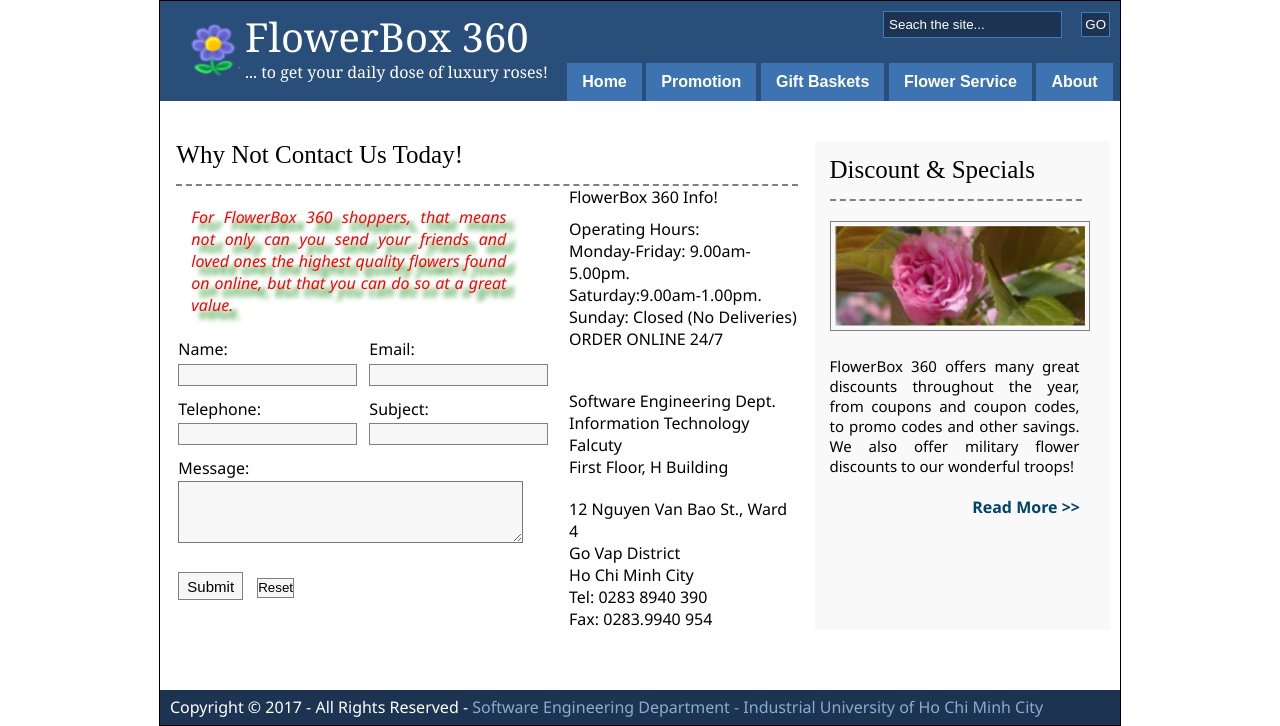
Repository: thu1365/BTKT_WEB
Page: HTML/btkt.html
An editor plug-in stored every save of this project. The page is shown before and after the next save, followed by the edit.
The browser window is 1280 px wide. The pictures show the whole page.

Above is the page before, as saved 2023-03-11 21:06:29.

### HTML/btkt.html
<!DOCTYPE html>
<html lang="en">

<head>
    <meta charset="UTF-8">
    <meta http-equiv="X-UA-Compatible" content="IE=edge">
    <meta name="viewport" content="width=device-width, initial-scale=1.0">
    <title>21025781-Lê Minh Thư</title>
    <style>
        * {
            padding: 0;
            margin: 0 auto;
        }

        .wrapper {
            width: 960px;
            background-color: #fff;
            border: 1px solid black;
        }

        header {
            position: relative;
            width: 960px;
            height: 100px;
            background-color: #294e79;
            font-family: Georgia, 'Times New Roman', Times, serif;
        }

        .logo {
            position: relative;
            left: 20px;
            top: 10px;
            width: 60px;
            height: 80px;
        }

        .name1 {
            font-size: 40px;
            color: #fff;
            position: absolute;
            left: 85px;
            top: 8px;
        }

        .name2 {
            color: #fff;
            position: absolute;
            left: 85px;
            top: 60px;
        }

        #search1 {
            background-color: #1c3451;
            border: 1px solid #4579b7;
            color: #fff;
            margin-right: 15px;
            height: 25px;
        }

        #search1::placeholder {
            padding-left: 5px;
            color: #fff;
        }

        #search2 {
            background-color: #1c3451;
            border: 1px solid #4579b7;
            color: #fff;
            height: 25px;
            padding: 0 3px;
        }

        .search_form {
            position: absolute;
            top: 10px;
            right: 10px;
        }

        .nav {
            display: flex;
            width: 550px;
            position: absolute;
            bottom: 0px;
            right: 5px;
            font-family: Arial, Helvetica, sans-serif;
        }

        .nav_item {
            position: relative;
            padding: 10px 15px;
            background-color: #3d73b1;
        }

        .nav_item:hover {
            background-color: #8babd0;
        }

        .nav_item a {
            color: white;
            font-weight: bold;
            text-decoration: none;
        }

        .nav1 {
            display: none;
            position: absolute;
            top: 39px;
            left: 0px;
            width: 180px;
            height: 60px;
            background-color: #8babd0;
        }

        .nav2 {
            box-sizing: border-box;
            padding-left: 15px;
            line-height: 30px;
            height: 50%;
            border: 1px solid rgb(158, 196, 240);
            color: white;
        }

        .nav_item:hover .nav1 {
            display: block;
            background-color: #9bbbe0;
        }

        .nav2:hover {
            background-color: #edf6ff;
            cursor: pointer;
        }

        .container {
            font-family: 'Segoe UI', Tahoma, Geneva, Verdana, sans-serif;
            padding-bottom: 60px;
            width: 100%;
            display: flex;
        }

        .Left {
            display: flex;
            width: 70%;
            justify-content: space-between;
            flex-wrap: wrap;
        }

        .p1 {
            width: 55%;
        }

        .p2 {
            width: 35%;
        }

        .p3 {
            background-color: #f9f9f9;
            width: 30%;
            padding-left: 15px;
            margin-top: 40px;
            margin-right: 10px;
        }

        .Left1 {
            font-family: 'Times New Roman', Times, serif;
            width: 95%;
            padding: 40px 0px 15px 0px;
            font-size: 25px;
            font-weight: 400;
            border-bottom: 2px dashed gray;
        }

        .p1_1 {
            padding: 20px 30px 20px 15px;
            text-align: justify;
            color: red;
            font-style: italic;
            font-family: 'Segoe UI', Tahoma, Geneva, Verdana, sans-serif;
            text-shadow: 8px 8px 5px green;
            font-weight: 450;
        }

        table input {
            height: 20px;
            margin-right: 10px;
            margin-bottom: 10px;
            background-color: #f7f7f7;
            border: 1px solid gray;
        }

        table textarea {
            background-color: #f7f7f7;
        }

        .p1_sub {
            box-sizing: border-box;
            margin-top: 20px;
            height: 28px;
            font-size: 15px;
            padding: 0 8px;
            line-height: 28px;
            border: 1px solid gray;
        }

        .p2_1 {
            font-family: 'Times New Roman', Times, serif;
            padding: 15px 0px 15px;
            width: 100%;
            font-size: 25px;
            font-weight: 400;
            border-bottom: 2px dashed gray;
        }

        .p2_2 {
            font-family: 'Segoe UI', Tahoma, Geneva, Verdana, sans-serif;
            padding: 10px 0 40px 0;
        }

        .p2_3 {
            font-family: 'Segoe UI', Tahoma, Geneva, Verdana, sans-serif;
        }

        .p2_4 {
            font-family: 'Segoe UI', Tahoma, Geneva, Verdana, sans-serif;
            padding-top: 20px;
        }

        .p3_1 {
            font-family: 'Times New Roman', Times, serif;
            padding: 15px 0px 15px;
            width: 90%;
            margin-right: 30px;
            font-size: 25px;
            font-weight: 400;
            border-bottom: 2px dashed gray;
        }

        .p3_anh {
            width: 250px;
            height: 100px;
            padding: 4px;
            margin: 20px 0;
            border: 1px solid gray;
        }

        .p3_2 {
            width: 250px;
            margin-right: 30px;
            float: left;
            text-align: justify;
            font-family: 'Segoe UI', Tahoma, Geneva, Verdana, sans-serif;
            font-size: 15px;
            display: block;
        }

        .p3_3 {
            color: #00436d;
            font-weight: bold;
            margin-right: 30px;
            float: right;
            padding-top: 20px;
            text-decoration: none;
        }

        footer {
            background-color: #1c3451;
            height: 35px;
        }

        #footer_1 {
            font-family: 'Segoe UI', Tahoma, Geneva, Verdana, sans-serif;
            padding-left: 10px;
            color: #8babd0;
            line-height: 35px;
        }

        #footer_1 .white {
            color: #fff;
        }
    </style>
</head>

<body>
    <div class="wrapper">
        <header>
            <img src="/IMAGE/AnhLogo.PNG" alt="" class="logo">
            <p class="name1">FlowerBox 360</p>
            <p class="name2">... to get your daily dose of luxury roses!</p>
            <form action="" class="search_form">
                <input type="text" name="" id="search1" placeholder="Seach the site...">
                <input id="search2" type="button" value="GO">
            </form>
            <div class="nav">
                <div class="nav_item"><a href="">Home</a></div>
                <div class="nav_item"><a href="">Promotion</a></div>
                <div class="nav_item"><a href="">Gift Baskets</a></div>
                <div class="nav_item"><a href="">Flower Service</a>
                    <div class="nav1">
                        <div class="nav2"><b>Flower for Wedding</b></div>
                        <div class="nav2"><b>Flower for Conference</b></div>

                    </div>
                </div>
                <div class="nav_item"><a href="">About</a></div>
            </div>
        </header>
        <div class="container">
            <div class="Left">
                <p class="Left1">Why Not Contact Us Today!</p>
                <div class="p1">
                    <p class="p1_1">For FlowerBox 360 shoppers, that means not only can you send your friends and loved ones the highest quality flowers found on online, but that you can do so at a great value.</p>
                    <form action="" class="c1_form">
                        <table>
                            <tr>
                                <td><label for="name_ip">Name:</label></td>
                                <td><label for="mail_ip">Email:</label></td>
                            </tr>
                            <tr>
                                <td><input type="text" name="" id="name_ip"></td>
                                <td><input type="email" name="" id="mail_ip"></td>
                            </tr>
                            <tr>
                                <td><label for="tel_ip">Telephone:</label></td>
                                <td><label for="sub_ip">Subject:</label></td>
                            </tr>
                            <tr>
                                <td><input type="tel" name="" id="tel_ip"></td>
                                <td><input type="text" name="" id="sub_ip"></td>
                            </tr>
                            <tr>
                                <td colspan="2"><label for="mess_ip">Message:</label></td>
                            </tr>
                            <tr>
                                <td colspan="2"> <textarea name="" id="mess_ip" cols="41" rows="4"></textarea></td>
                            </tr>
                            <tr>
                                <tr>
                                    <td><input class="p1_sub" type="button" value="Submit"> <input class="c1_btn" type="button" value="Reset"></td>
                                </tr>
                            </tr>
                        </table>

                    </form>
                </div>
                <div class="p2">
                    <p class="c2_1">FlowerBox 360 Info!</p>
                    <p class="p2_2">Operating Hours: <br> Monday-Friday: 9.00am-5.00pm.<br> Saturday:9.00am-1.00pm.
                        <br> Sunday: Closed (No Deliveries)<br> ORDER ONLINE 24/7
                    </p>
                    <p class="p2_3">
                        Software Engineering Dept. <br> Information Technology Falcuty<br> First Floor, H Building
                    </p>
                    <p class="p2_4">
                        12 Nguyen Van Bao St., Ward 4<br> Go Vap District<br> Ho Chi Minh City<br> Tel: 0283 8940 390<br> Fax: 0283.9940 954
                    </p>


                </div>
            </div>
            <div class="p3">
                <p class="p3_1">Discount & Specials</p>
                <img src="/IMAGE/Hoa.jpg" alt="" class="p3_anh">
                <p class="p3_2">FlowerBox 360 offers many great discounts throughout the year, from coupons and coupon codes, to promo codes and other savings. We also offer military flower discounts to our wonderful troops!</p>
                <a class="p3_3" href="">Read More >></a>
            </div>
        </div>
        <footer>
            <p id="footer_1"><span class="white">Copyright © 2017 - All Rights Reserved -</span> Software Engineering Department - Industrial University of Ho Chi Minh City</p>
        </footer>
    </div>
</body>

</html>

After the next save:
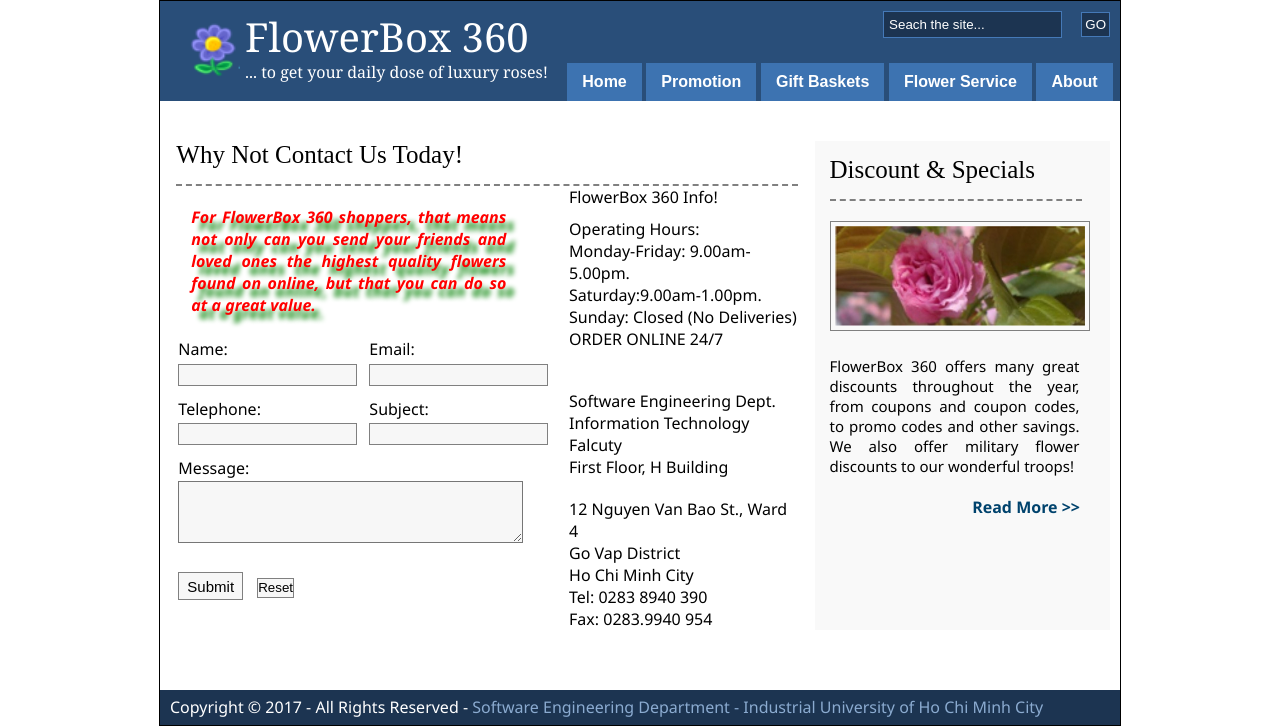
Saved 68 s later.
--- a/HTML/btkt.html
+++ b/HTML/btkt.html
@@ -307,7 +307,7 @@
             <div class="Left">
                 <p class="Left1">Why Not Contact Us Today!</p>
                 <div class="p1">
-                    <p class="p1_1">For FlowerBox 360 shoppers, that means not only can you send your friends and loved ones the highest quality flowers found on online, but that you can do so at a great value.</p>
+                    <p class="p1_1"><b>For FlowerBox 360 shoppers, that means not only can you send your friends and loved ones the highest quality flowers found on online, but that you can do so at a great value.</b></p>
                     <form action="" class="c1_form">
                         <table>
                             <tr>
